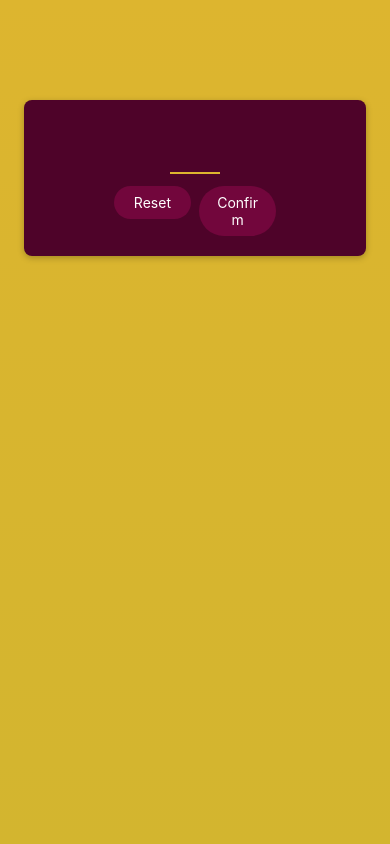
Repository: GarlicButterBoy/Number-Guessing-Game
Screen: /
An editor plug-in stored every save of this project. The screen is shown before and after a run of saves, followed by the edit.
The app was drawn by React Native's web renderer in a window 390 px wide. The project was rebuilt for these pictures with package versions that can differ from the ones it lists, and the page was loaded fresh each time.

Above is the screen before, as saved 2024-05-03 09:31:44.

### App.js
import { StyleSheet, Text, View } from "react-native";
import StartGameScreen from "./screens/StartGameScreen";
import { LinearGradient } from "expo-linear-gradient";

export default function App() {
  return (
    <LinearGradient colors={["#ddb52f", "#d3b52f"]} style={styles.rootScreen}>
      <StartGameScreen />
    </LinearGradient>
  );
}

const styles = StyleSheet.create({
  rootScreen: {
    flex: 1,
  },
});

### screens/StartGameScreen.js
import { View, TextInput, StyleSheet } from "react-native";
import PrimaryButton from "../components/PrimaryButton";


function StartGameScreen() {
  return (
    <View style={styles.inputContainer}>
      <TextInput
        style={styles.numberInput}
        maxLength={2}
        keyboardType="number-pad"
        autoCapitalize="none"
        autoCorrect={false}
      ></TextInput>
      <View style={styles.buttonsContainer}>
        <View style={styles.buttonContainer}>
          <PrimaryButton>Reset</PrimaryButton>
        </View>
        <View style={styles.buttonContainer}>
          <PrimaryButton>Confirm</PrimaryButton>
        </View>
      </View>
    </View>
  );
}

export default StartGameScreen;

const styles = StyleSheet.create({
  inputContainer: {
    justifyContent: "center",
    alignItems: "center",
    padding: 16,
    marginTop: 100,
    marginHorizontal: 24,
    borderRadius: 8,
    backgroundColor: "#4e0329",
    elevation: 6,
    shadowColor: "black",
    shadowOffset: { width: 0, height: 2 },
    shadowRadius: 6,
    shadowOpacity: 0.25,
  },
  numberInput: {
    height: 50,
    width: 50,
    fontSize: 32,
    borderBottomColor: "#ddb52f",
    borderBottomWidth: 2,
    color: "#ddb52f",
    marginVertical: 8,
    fontWeight: "bold",
    textAlign: "center",
  },
  buttonsContainer: {
    flexDirection: "row",
    alignItems: "stretch",
  },
  buttonContainer: {
    flex: 1,
  },
});

### components/PrimaryButton.js
import { View, Text, Pressable, StyleSheet } from "react-native";

function PrimaryButton({ children }) {
  function pressHandler() {
    console.log("Pressed!");
  }
  return (
    <View style={styles.buttonOuterContainer}>
      <Pressable
        style={({ pressed }) =>
          pressed
            ? [styles.buttonInnerContainer, styles.pressed]
            : styles.buttonInnerContainer
        }
        onPress={pressHandler}
        android_ripple={{ color: "#640233" }}
      >
        <Text style={styles.buttonText}>{children}</Text>
      </Pressable>
    </View>
  );
}

export default PrimaryButton;

const styles = StyleSheet.create({
  buttonOuterContainer: {
    borderRadius: 28,
    margin: 4,
    overflow: "hidden",
  },
  buttonInnerContainer: {
    backgroundColor: "#72063c",
    paddingVertical: 8,
    paddingHorizontal: 16,
    elevation: 2,
  },
  buttonText: {
    color: "white",
    textAlign: "center",
  },
  pressed: {
    opacity: 0.75,
  },
});

After the next 3 saves:
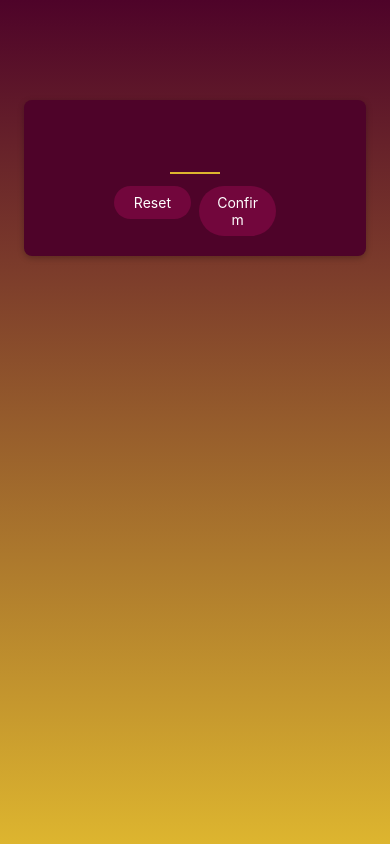
The 3 saves are shown as one change because they came seconds apart.
The last was saved 28 s later.
--- a/App.js
+++ b/App.js
@@ -4,7 +4,7 @@ import { LinearGradient } from "expo-linear-gradient";
 
 export default function App() {
   return (
-    <LinearGradient colors={["#ddb52f", "#d3b52f"]} style={styles.rootScreen}>
+    <LinearGradient colors={["#4e0329", "#ddb52f"]} style={styles.rootScreen}>
       <StartGameScreen />
     </LinearGradient>
   );
